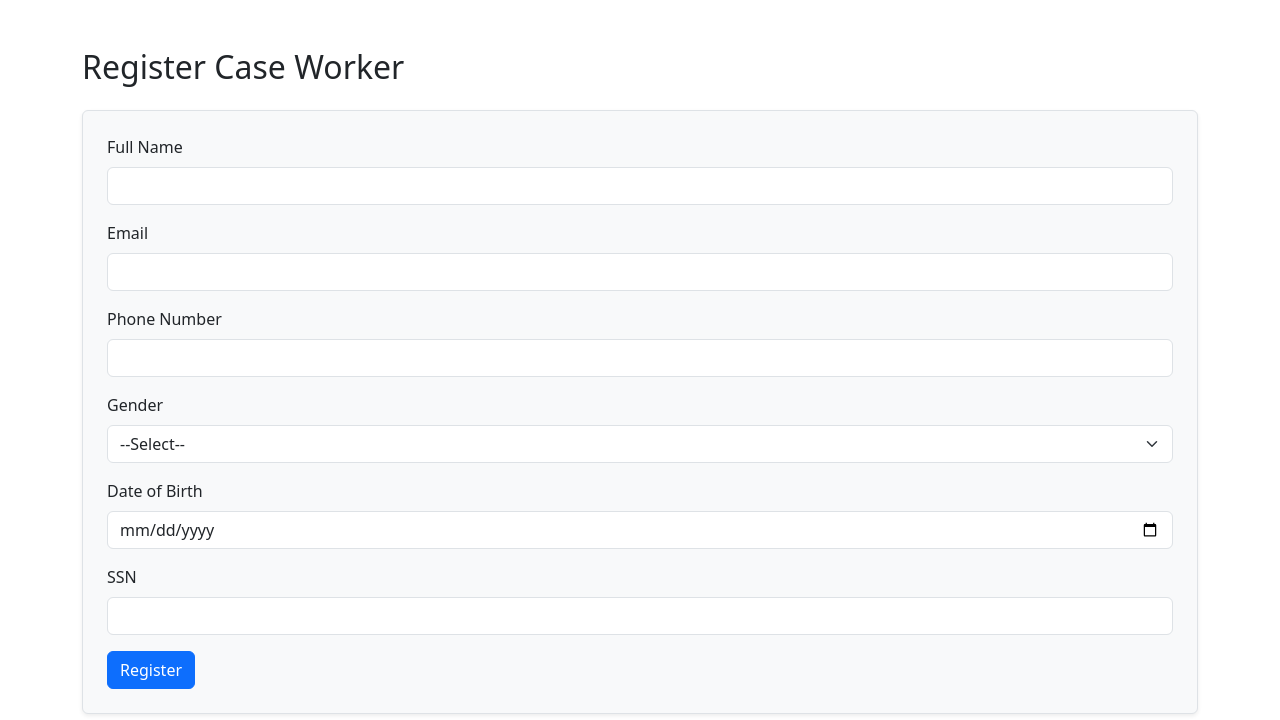
Repository: PRAJWALSINKAR/Spring_boot_Major_Projects
Page: http://localhost/register-caseworker
An editor plug-in stored every save of this project. The page is shown before and after the next save, followed by the edit.
The browser window is 1280 px wide. The pictures show the whole page.
The page is this project's Thymeleaf template; nobody is signed in. The template is opened directly, without the code that normally fills it, so the values that code supplies are empty.

Above is the page before, as saved 2025-08-06 18:39:09.

After the next save:
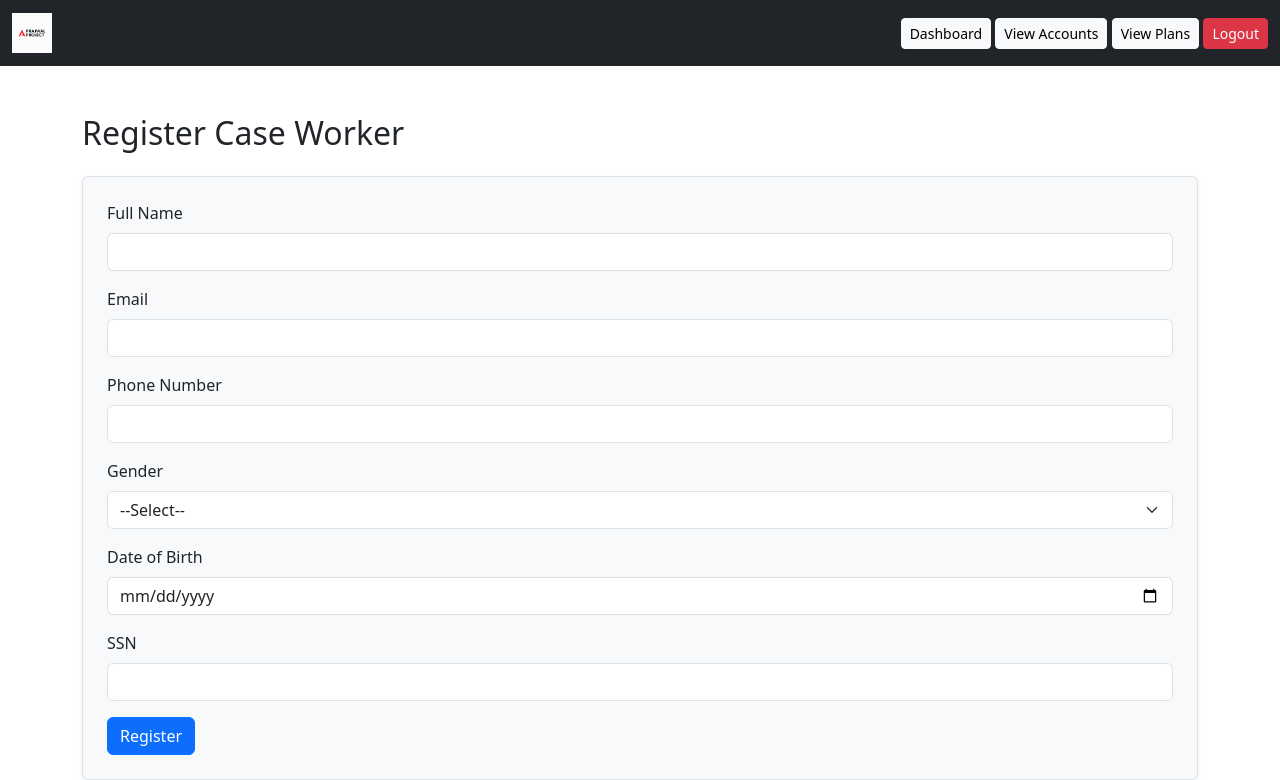
Saved 2 min 24 s later.
--- a/IES-Integrated_Eligibility_system/src/main/resources/templates/register-caseworker.html
+++ b/IES-Integrated_Eligibility_system/src/main/resources/templates/register-caseworker.html
@@ -6,6 +6,20 @@
     <link href="https://cdn.jsdelivr.net/npm/bootstrap@5.3.0/dist/css/bootstrap.min.css" rel="stylesheet">
 </head>
 <body>
+<nav class="navbar navbar-expand-lg navbar-dark bg-dark mb-4">
+    <div class="container-fluid">
+        <a class="navbar-brand" href="#">
+            <img th:src="@{/images/myName-Logo.png}" alt="Logo" width="40" height="40"/>
+        </a>
+        <div class="ms-auto">
+            <a href="/dashboard" class="btn btn-light btn-sm">Dashboard</a>
+            <a th:href="@{/caseworker/view}" class="btn btn-light btn-sm">View Accounts</a>
+            <a th:href="@{/plan/view}" class="btn btn-light btn-sm">View Plans</a>
+            <a href="/logout" class="btn btn-danger btn-sm">Logout</a>
+        </div>
+    </div>
+</nav>
+
 <div class="container mt-5">
     <h2 class="mb-4">Register Case Worker</h2>
 
